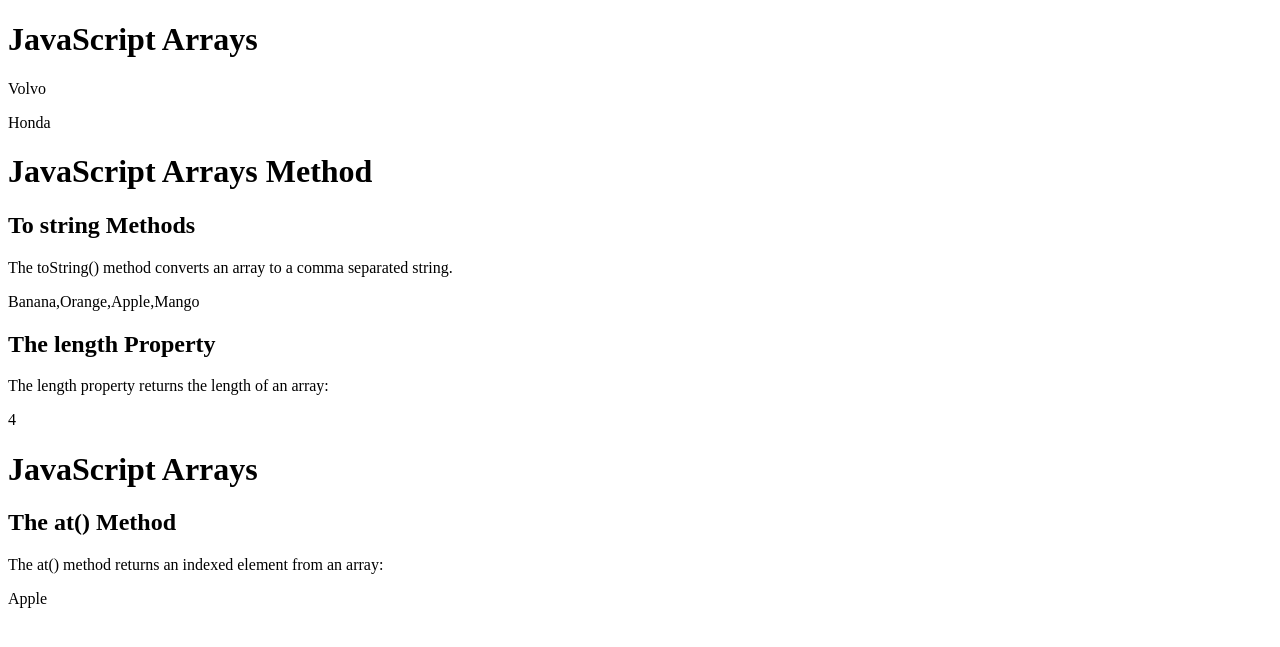
Repository: isaacCodes1/Calculator-with-js
Page: arrays.html
The author's editor kept a copy of each file at every save. The page is drawn from the files as they stood at one save, then again after a run of saves.
The browser window is 1280 px wide. The pictures show the whole page.

Above is the page before, as saved 2024-05-10 12:02:32.

After the next 2 saves:
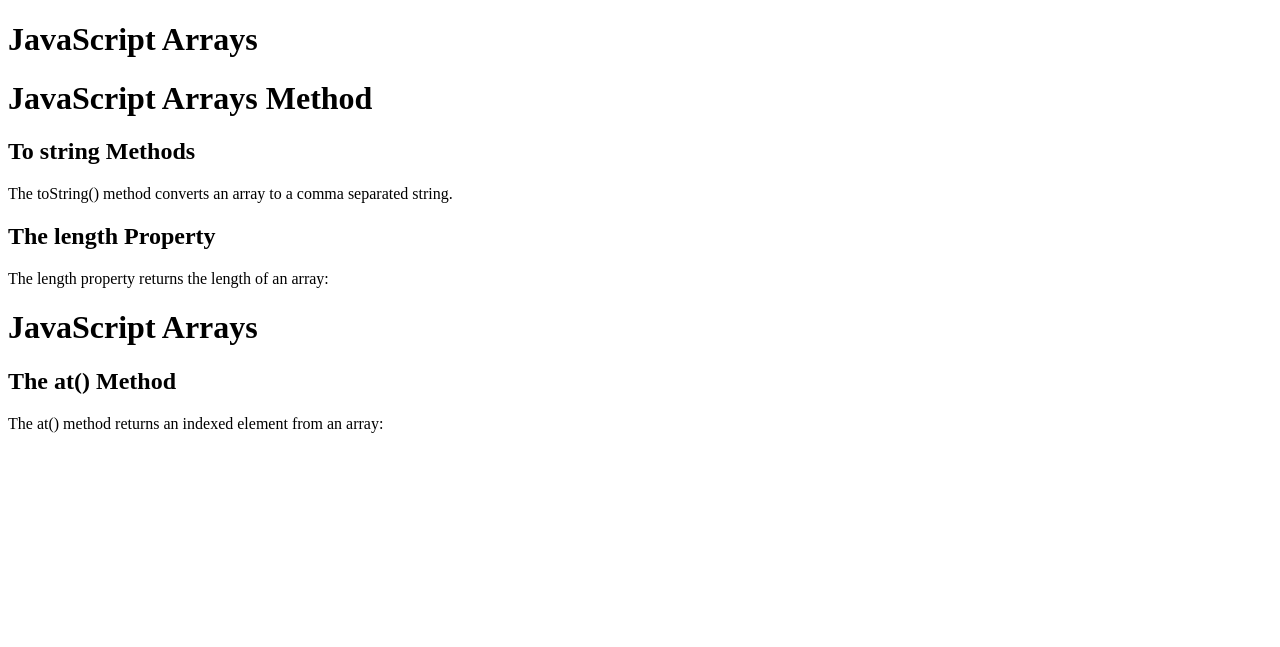
Console error: SyntaxError: Invalid or unexpected token
The 2 saves are shown as one change because they came seconds apart.
The last was saved 5 s later.
--- a/arrays.html
+++ b/arrays.html
@@ -65,6 +65,6 @@
     document.getElementById("demo4").innerHTML = frUit;
 
 
-    let fruis = ["Apple"]
+    let fruis = ["Apple", "Kiwi", "Mango]
 </script>
 </html>

After the 4 saves that followed:
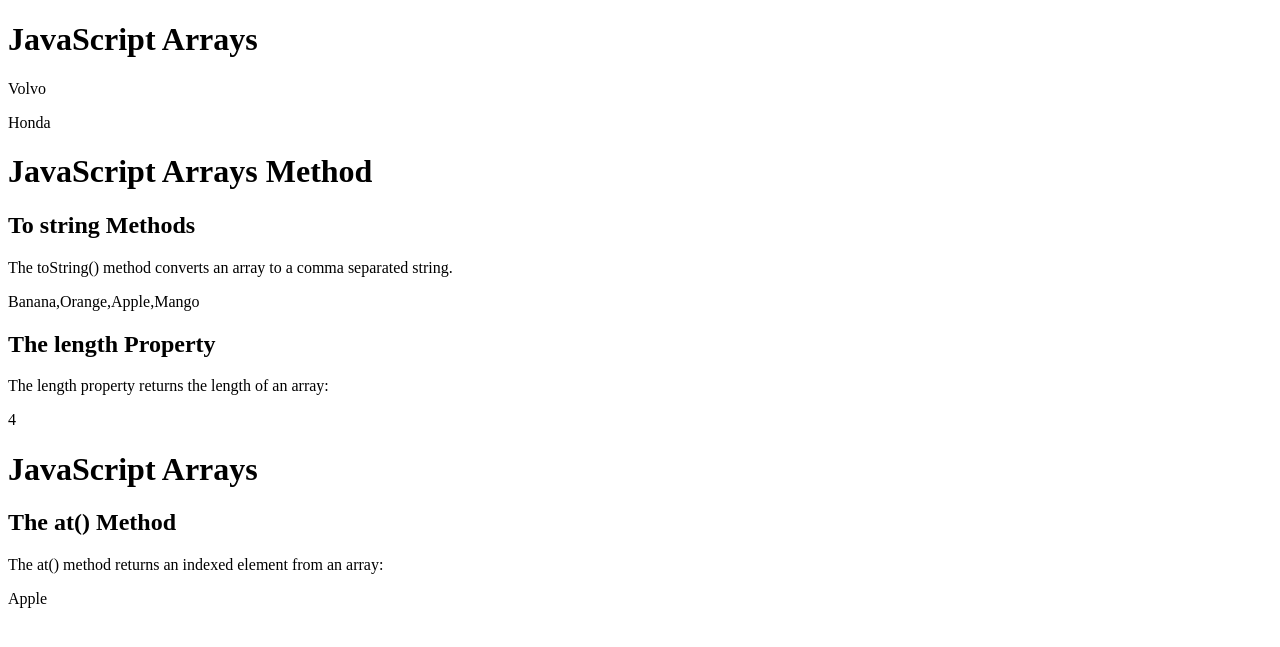
Console error: ReferenceError: let is not defined
The 4 saves are shown as one change because 1 left the picture as it was and some came seconds apart.
The last was saved 23 s later.
--- a/arrays.html
+++ b/arrays.html
@@ -65,6 +65,7 @@
     document.getElementById("demo4").innerHTML = frUit;
 
 
-    let fruis = ["Apple", "Kiwi", "Mango]
+    let fruit = ["Apple", "Kiwi", "Mango"];
+    let
 </script>
 </html>
